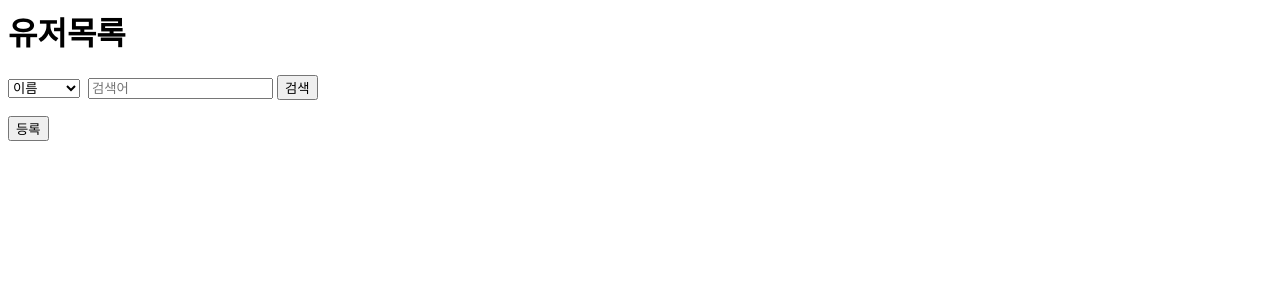
Repository: haegoal/web
Page: http://localhost/shop/user/list.jsp
An editor plug-in stored every save of this project. The page is shown before and after the next save, followed by the edit.
The browser window is 1280 px wide. The pictures show the whole page.
The page is served by Tomcat 9.

Above is the page before, as saved 2023-08-09 07:29:20.
Console error: ReferenceError: $ is not defined

After the next save:
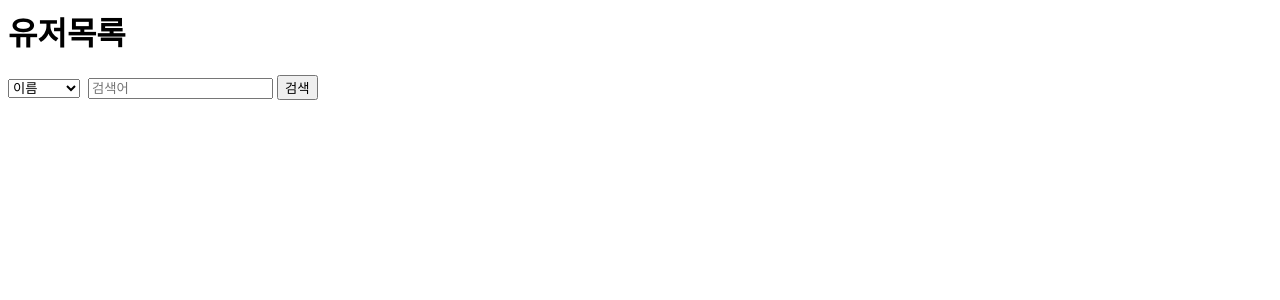
Saved 17 s later.
--- a/shop/src/main/webapp/user/list.jsp
+++ b/shop/src/main/webapp/user/list.jsp
@@ -16,9 +16,6 @@
             		<input class="btn btn-primary" value="검색" type="submit">
             		</div>
             	</form>
-            	<div class="col text-end">
-            		<button class="btn btn-primary text-end" id="btn-in">등록</button>
-            	</div>
             </div>
              <div id="div_user"></div>
              <div id="pagination" class="pagination justify-content-center"></div>
